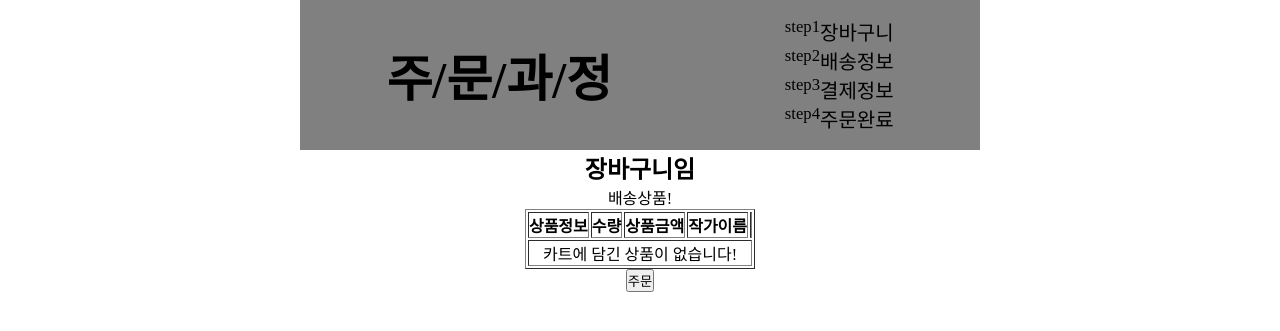
Repository: kym-1000/book
Page: http://localhost/book/WEB-INF/views/cart/mycart.jsp
The author's editor kept a copy of each file at every save. The page is drawn from the files as they stood at one save, then again after the next save.
The browser window is 1280 px wide. The pictures show the whole page.
The page is served by Tomcat 9. Nobody is signed in. Other server files are loaded and not shown. The template is opened directly, without the code that normally fills it, so the values that code supplies are empty.

Above is the page before, as saved 2023-01-03 02:37:09.

### book/book/src/main/webapp/WEB-INF/views/cart/mycart.jsp
<%@ page language="java" contentType="text/html; charset=UTF-8"
    pageEncoding="UTF-8"%>
<!DOCTYPE html>
<html>
<head>
<meta charset="UTF-8">
<title>Insert title here</title>
	<style type="text/css">

		*{
			margin: auto;
			padding: 0;
		}

		#cart{
			margin-left: 200px;
			margin-right: 200px;
			text-align: center;
			align-items : center;
		}



	</style>
</head>
<body>

	<jsp:include page="../cart/cartheader.jsp"></jsp:include>


	<h2 style="text-align: center;">장바구니임</h2>

	<div id="cart">
<form action="/cart/ShippingInformation?mn=1" method="post">
	<div id="cart">
		<table  border="1" id="table">
			<caption >
		      배송상품!
		    </caption>
			<thead>
		      <tr>
			      <th  colspan="3">상품정보</th>
			      <th >수량</th>
			      <th >상품금액</th>
			      <th >작가이름</th>
			      <th ></th>
		      </tr>
		     </thead>

		      <tbody>
			      <tr >
			      	<td  colspan="7" >
			      		<p  class="txt_tit">카트에 담긴 상품이 없습니다!</p>
			      	</td>
			      </tr>
		      </tbody>

		</table>
	</div>

	<button type="submit" id="btn" >주문</button>

</form>

</div>

</body>
</html>

### book/book/src/main/webapp/WEB-INF/views/cart/cartheader.jsp
<%@ page language="java" contentType="text/html; charset=UTF-8"
    pageEncoding="UTF-8"%>
<%@ taglib uri="http://java.sun.com/jsp/jstl/core" prefix="c" %>
<!DOCTYPE html>
<html>
<head>
<meta charset="UTF-8">
<title>Insert title here</title>
<style type="text/css">

	#pagetop{
		margin-left: 300px;
		margin-right: 300px;
	    background-color: grey;
	    font-size: 20px;
		height: 150px;
		display : flex;
	  	/* justify-content : center; */
	  	align-items : center;
	}

</style>
</head>
<body>

	<div id="pagetop">
		<h2 style="text-align: left; font-size: 50px">
			주/문/과/정
		</h2>
		<div style="text-align: right;">

		<c:choose >
		<c:when test="${msg eq 1}">
		<div style="color: red">
		<sup>step1</sup>장바구니
		</div>
		</c:when>
		<c:otherwise>
		<div>
		<sup>step1</sup>장바구니
		</div>
		</c:otherwise>
		</c:choose>

		<c:choose>
		<c:when test="${msg eq 2}">
		<div style="color: red">
		<sup>step2</sup>배송정보
		</div>
		</c:when>
		<c:otherwise>
		<div>
		<sup>step2</sup>배송정보
		</div>
		</c:otherwise>
		</c:choose>

		<c:choose>
		<c:when test="${msg eq 3}">
		<div style="color: red">
		<sup>step3</sup>결제정보
		</div>
		</c:when>
		<c:otherwise>
		<div>
		<sup>step3</sup>결제정보
		</div>
		</c:otherwise>
		</c:choose>

		<c:choose>
		<c:when test="${msg eq 4}">
		<div style="color: red">
		<sup>step4</sup>주문완료
		</div>
		</c:when>
		<c:otherwise>
		<div>
		<sup>step4</sup>주문완료
		</div>
		</c:otherwise>
		</c:choose>

		</div>
	</div>

</body>
</html>

After the next save:
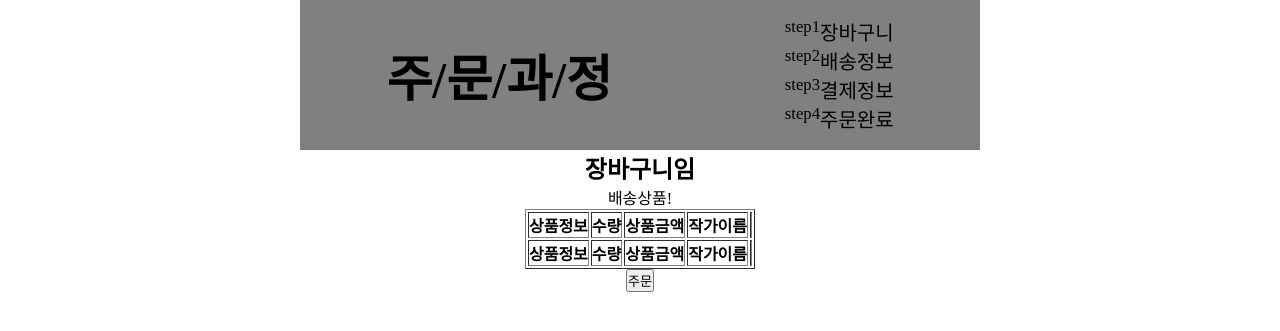
Saved 29 s later.
--- a/book/book/src/main/webapp/WEB-INF/views/cart/mycart.jsp
+++ b/book/book/src/main/webapp/WEB-INF/views/cart/mycart.jsp
@@ -39,19 +39,20 @@
 		    </caption>
 			<thead>
 		      <tr>
-			      <th  colspan="3">상품정보</th>
+			      <th >상품정보</th>
 			      <th >수량</th>
 			      <th >상품금액</th>
 			      <th >작가이름</th>
 			      <th ></th>
 		      </tr>
 		     </thead>
-
 		      <tbody>
 			      <tr >
-			      	<td  colspan="7" >
-			      		<p  class="txt_tit">카트에 담긴 상품이 없습니다!</p>
-			      	</td>
+			      	<th >상품정보</th>
+			      <th >수량</th>
+			      <th >상품금액</th>
+			      <th >작가이름</th>
+			      <th ></th>
 			      </tr>
 		      </tbody>
 
